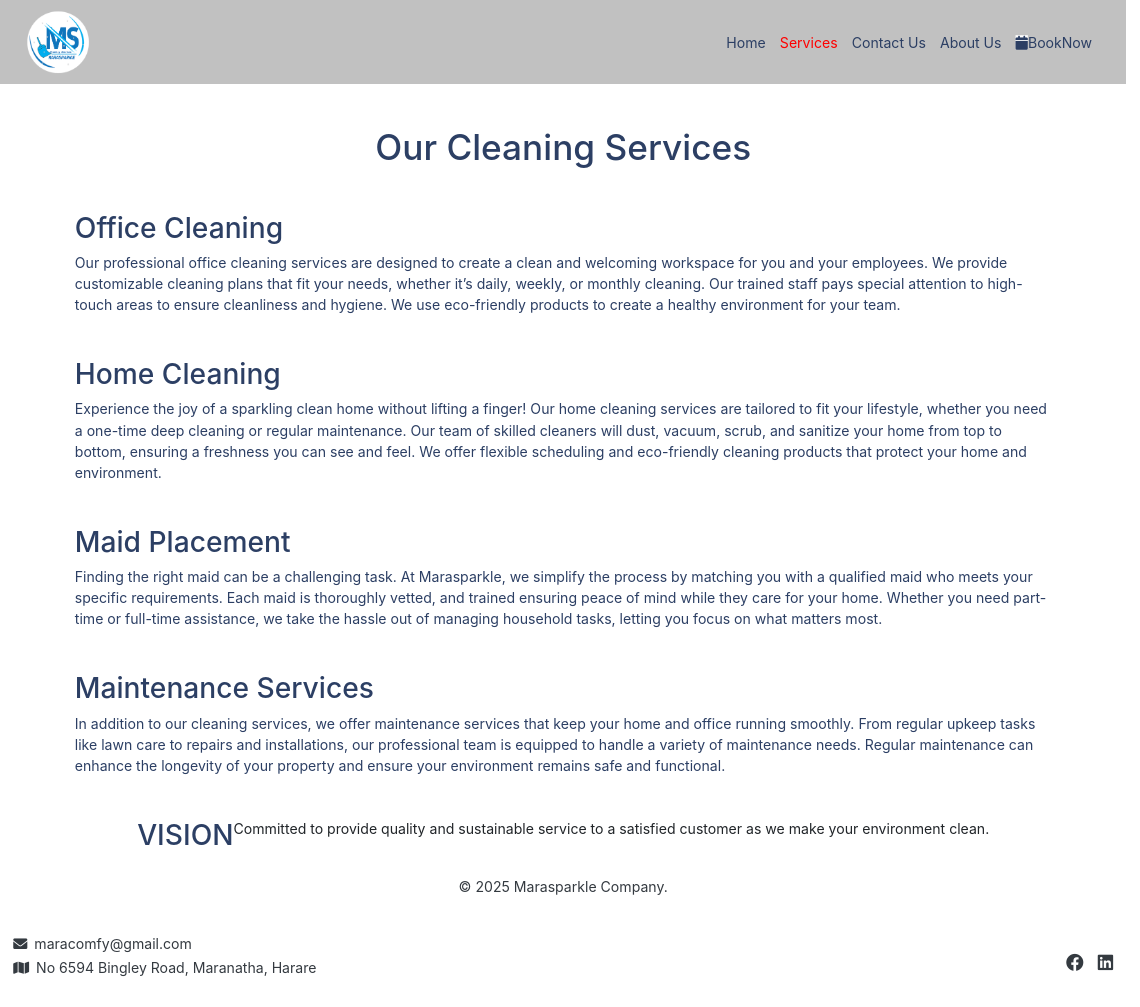
Repository: guineveretim/sparkle
Page: http://localhost/services/
An editor plug-in stored every save of this project. The page is shown before and after the next save, followed by the edit.
The browser window is 1280 px wide. The page is 1295 px wide, so the pictures cover 1295 px, including what lies to the right of the window. The pictures show the whole page, at 88% of full size.
The page is served by the project's application, run on Django 5.2 (manage.py).

Above is the page before, as saved 2025-04-16 10:58:37.

After the next save:
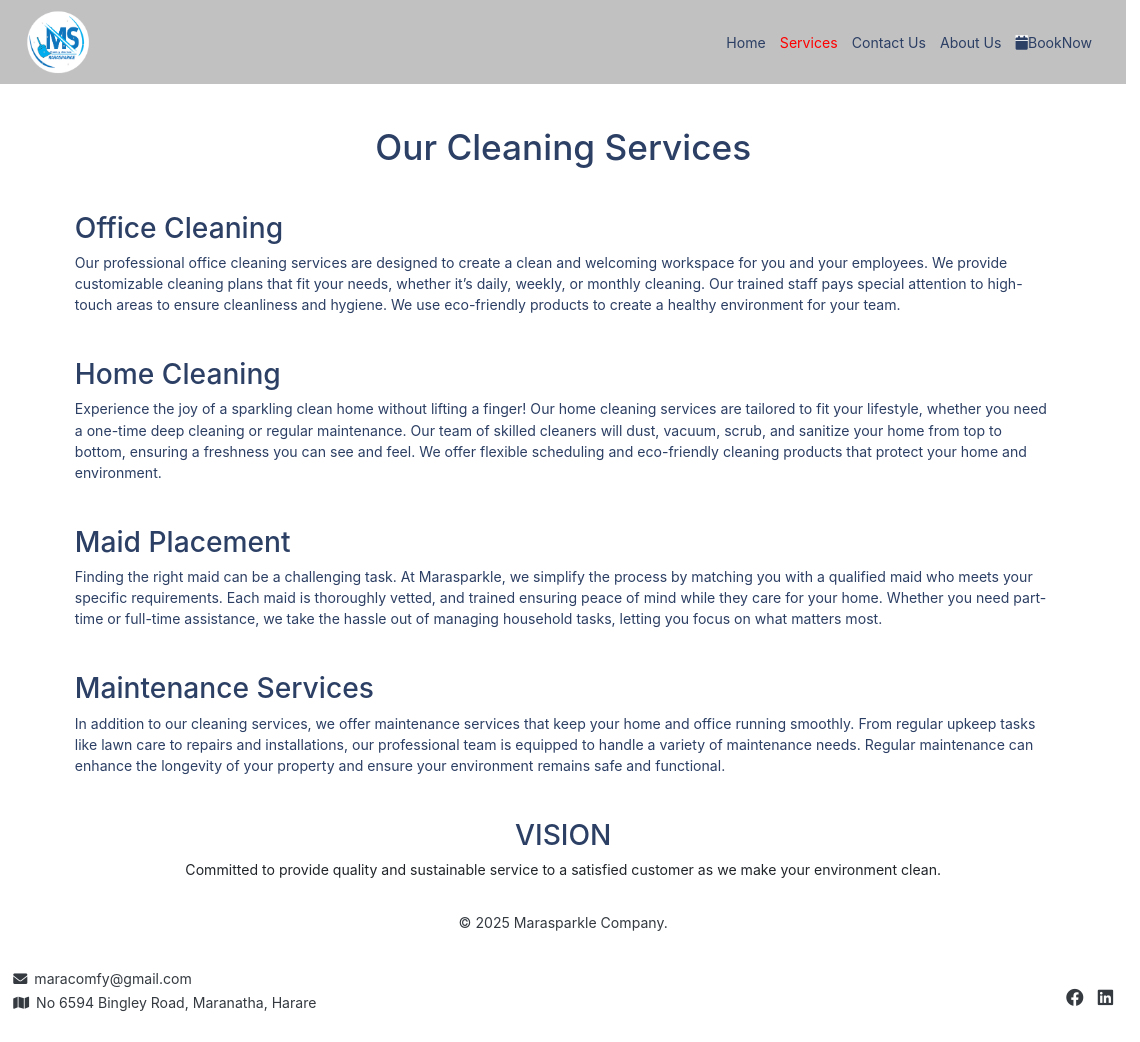
Saved 28 s later.
--- a/templates/application/services.html
+++ b/templates/application/services.html
@@ -82,6 +82,8 @@
         <div class="row">
             <div class="col-12 d-flex justify-content-center">
                 <h2 class="text-center" style="color:#2c3f64;">VISION</h2>
+            </div>
+            <div class="col-12 d-flex justify-content-center">
                 <p class="text-center">Committed to provide quality and sustainable service to a satisfied customer as we make your environment clean.</p>
             </div>
         </div>
